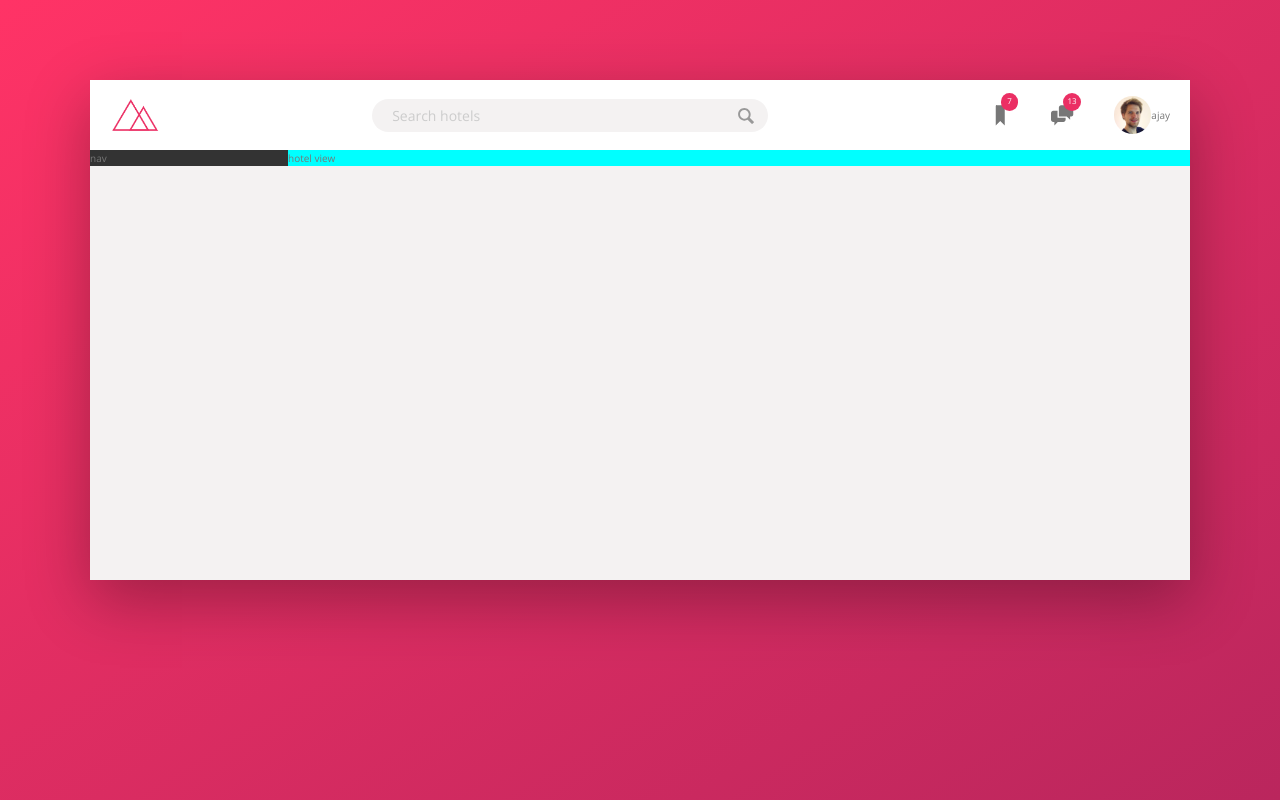
Repository: ajayaj2001/modern-Hotel
Page: /
An editor plug-in stored every save of this project. The page is shown before and after the next save, followed by the edit.
The browser window is 1280 px wide. The pictures show the whole page.
The project was rebuilt for these pictures with package versions that can differ from the ones it lists, and the page was loaded fresh each time.

Above is the page before, as saved 2020-12-13 12:31:52.

After the next save:
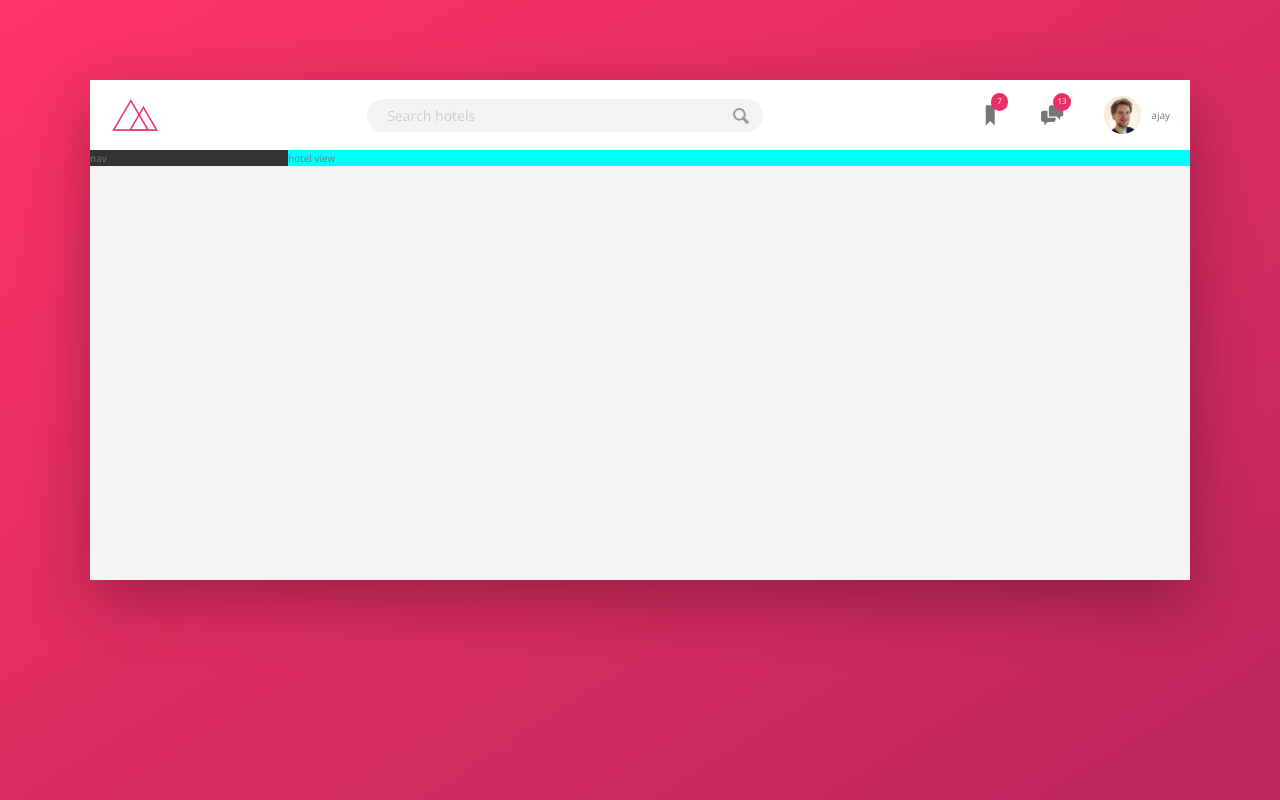
Saved 9 s later.
--- a/src/header/Header.scss
+++ b/src/header/Header.scss
@@ -96,7 +96,7 @@
     &__user-photo {
         height: 3.75rem;
         border-radius: 50%;
-        //  margin-left: 1rem;
+        margin-right: 1rem;
     }
     &__user-name {
     }
